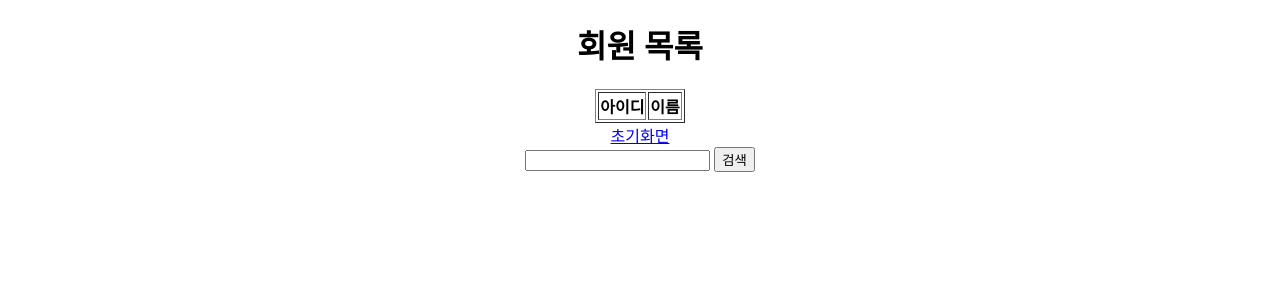
Repository: Seonhanbit/dev
Page: http://localhost/MemberProject/main.do?action=listmem
These files come from the project's save history. The page is drawn as it stood at one moment and after the next save; the edit follows.
The browser window is 1280 px wide. The pictures show the whole page.
The page is served by Tomcat 9. Queries for data that is not in the repository find no rows.

Above is the page before, as saved 2019-09-17 08:26:06.

After the next save:
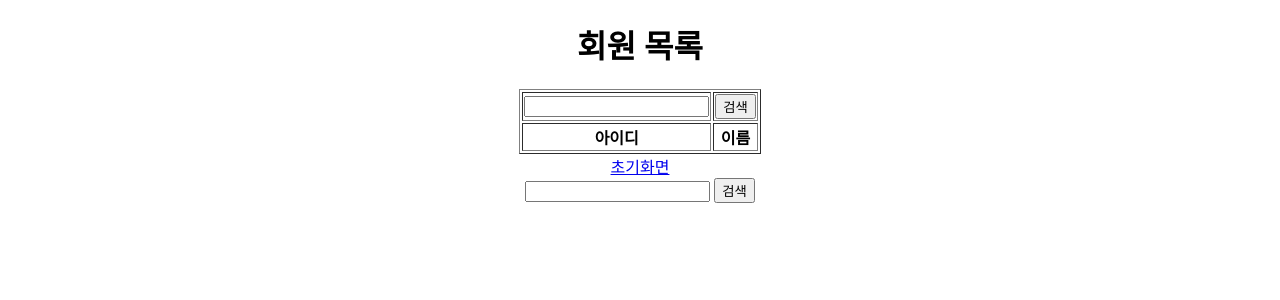
Saved 5 min 21 s later.
--- a/work_servlet_jsp/MemberProject/WebContent/listmen.jsp
+++ b/work_servlet_jsp/MemberProject/WebContent/listmen.jsp
@@ -13,6 +13,10 @@
 <div align="center">
 	<h1>회원 목록</h1>
 	<table border="1">
+		<tr>
+			<th><input type="text" name="search" id="search"></th>
+			<th><input type="button" value="검색"></th>
+		</tr>
 		<tr>
 			<th>아이디</th>
 			<th>이름</th>
